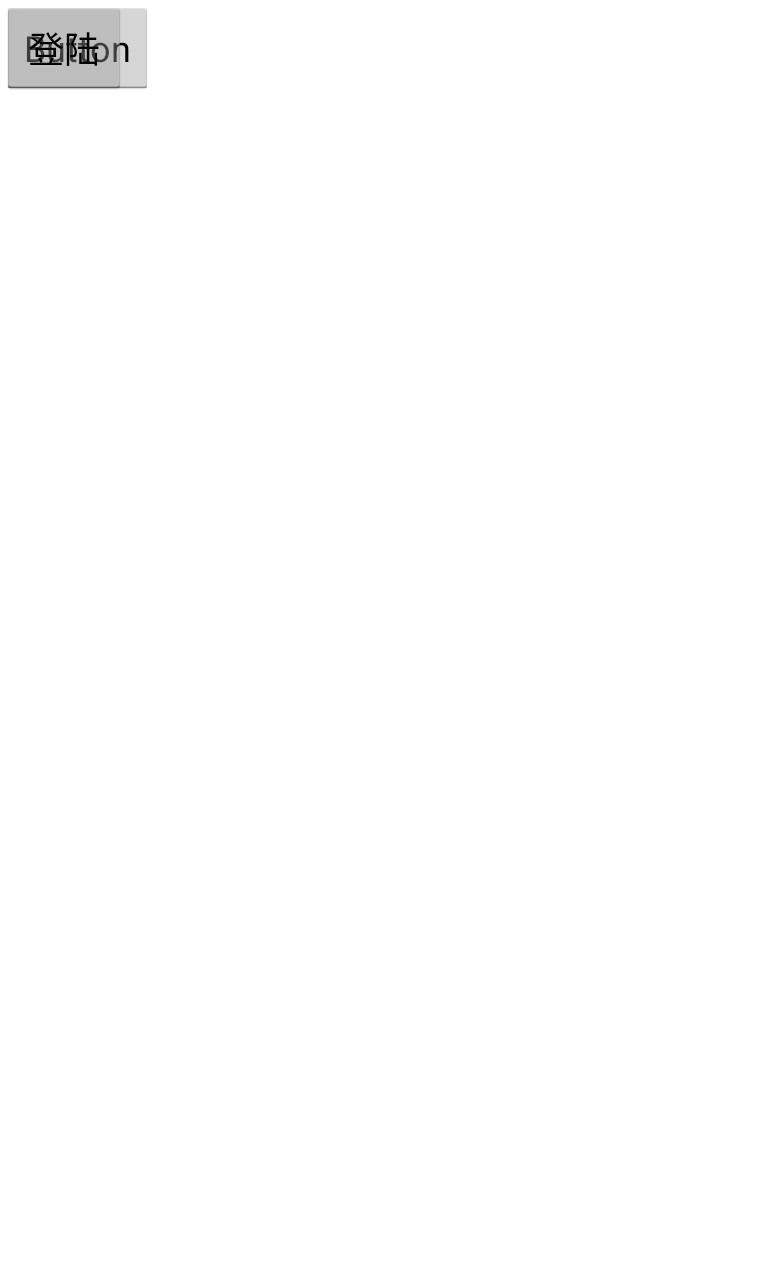
Repository: IvyZh/hm66
Layout: 黑马基础项目/res/layout/activity_music.xml
The author's editor kept a copy of each file at every save. The layout is drawn from the files as they stood at one save, then again after the next save.
It is drawn on a 768 x 1280 px phone screen (xhdpi) without system bars, with theme AppTheme; the app's code is not run.

Above is the layout before, as saved 2016-05-26 14:29:23.

After the next save:
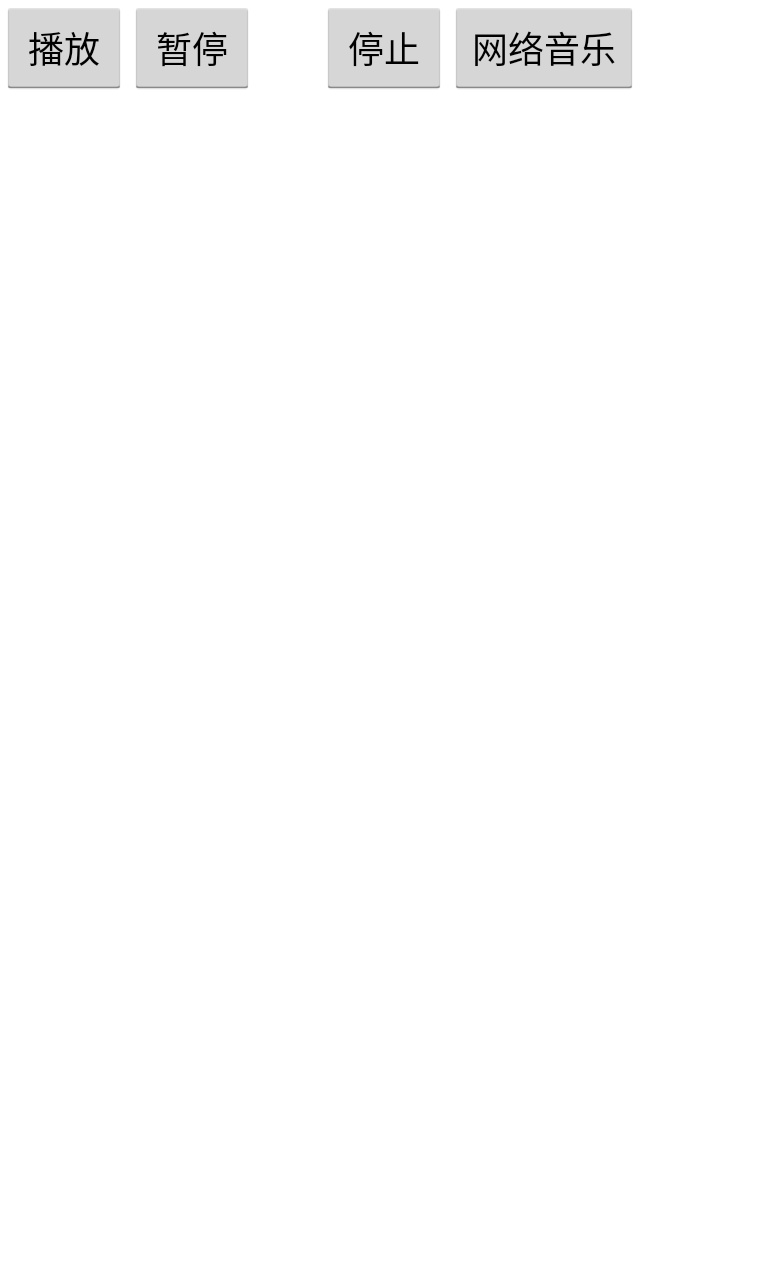
Saved 61 s later.
--- a/黑马基础项目/res/layout/activity_music.xml
+++ b/黑马基础项目/res/layout/activity_music.xml
@@ -7,13 +7,33 @@
         android:id="@+id/button1"
         android:layout_width="wrap_content"
         android:layout_height="wrap_content"
-        android:text="Button" />
+        android:layout_alignParentLeft="true"
+        android:layout_alignParentTop="true"
+        android:text="播放" />
 
     <Button
         android:id="@+id/bt"
         android:layout_width="wrap_content"
         android:layout_height="wrap_content"
+        android:layout_alignParentTop="true"
+        android:layout_toRightOf="@+id/button1"
         android:onClick="click"
-        android:text="登陆" />
+        android:text="暂停" />
+
+    <Button
+        android:id="@+id/button2"
+        android:layout_width="wrap_content"
+        android:layout_height="wrap_content"
+        android:layout_alignParentTop="true"
+        android:layout_centerHorizontal="true"
+        android:text="停止" />
+
+    <Button
+        android:id="@+id/button3"
+        android:layout_width="wrap_content"
+        android:layout_height="wrap_content"
+        android:layout_alignParentTop="true"
+        android:layout_toRightOf="@+id/button2"
+        android:text="网络音乐" />
 
 </RelativeLayout>
